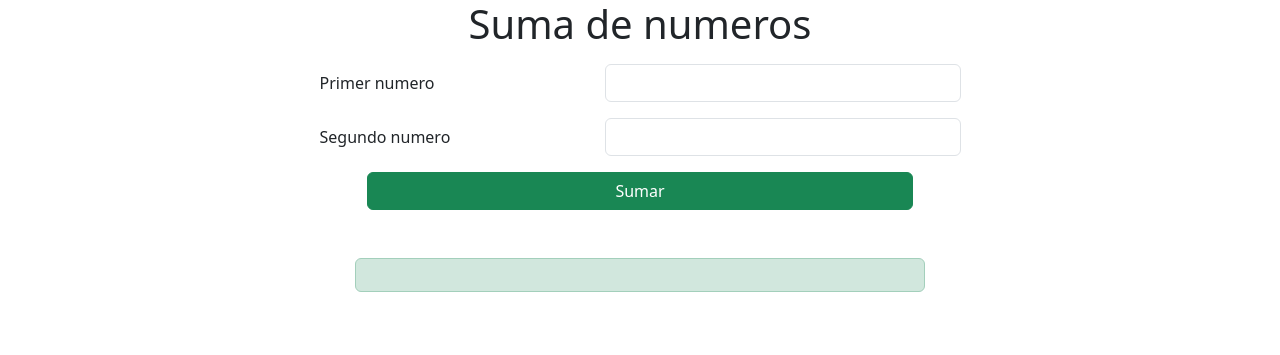
Repository: juansesu3/repositorio-de-prueba
Page: hacersuma/index.html
These files come from the project's save history. The page is drawn as it stood at one moment and after the next save; the edit follows.
The browser window is 1280 px wide. The pictures show the whole page.

Above is the page before, as saved 2023-03-06 17:05:09.
Not found: scripts/script.js

After the next save:
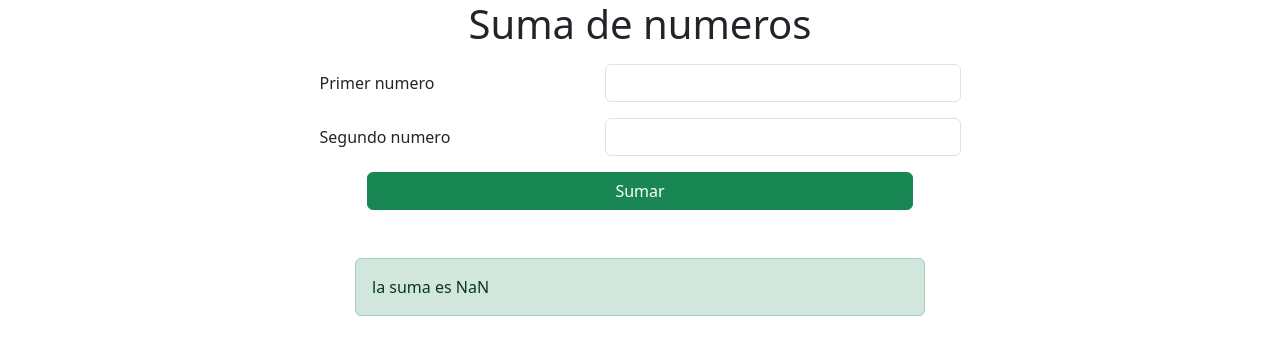
Saved 45 s later.
--- a/hacersuma/index.html
+++ b/hacersuma/index.html
@@ -51,7 +51,7 @@
     <script src="https://cdn.jsdelivr.net/npm/bootstrap@5.3.0-alpha1/dist/js/bootstrap.bundle.min.js"
         integrity="sha384-w76AqPfDkMBDXo30jS1Sgez6pr3x5MlQ1ZAGC+nuZB+EYdgRZgiwxhTBTkF7CXvN"
         crossorigin="anonymous"></script>
-    <script type="module" src="../scripts/script.js">
+    <script type="module" src="script.js">
 
     </script>
 </body>
